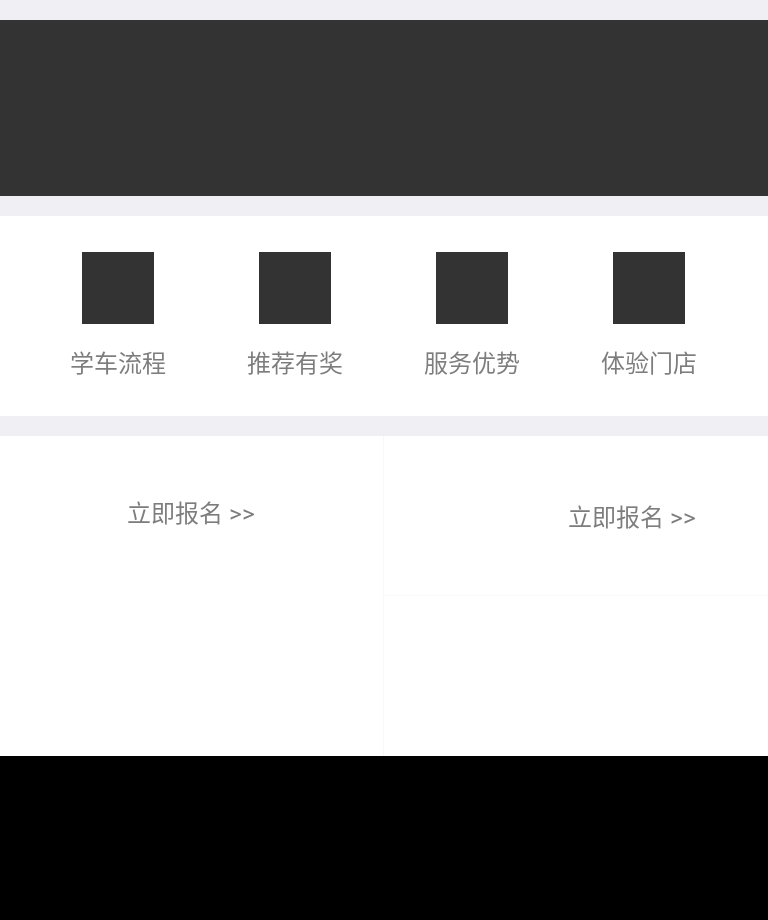
Repository: BugBang/paipaixueche
Layout: DGJP/res/layout/act_home_pager.xml
These files come from the project's save history. The layout is drawn as it stood at one moment and after the next save; the edit follows.
The pictures show rows 360 to 1280 of an output 1280 px tall.
It is drawn on a 768 x 1280 px phone screen (xhdpi) without system bars, with theme android:Theme; the app's code is not run.

Above is the layout before, as saved 2016-11-11 08:55:21.

### DGJP/res/layout/act_home_pager.xml
<?xml version="1.0" encoding="utf-8"?>
<ScrollView
     android:layout_width="match_parent"
   xmlns:android="http://schemas.android.com/apk/res/android"
    xmlns:app="http://schemas.android.com/apk/res-auto"
    android:layout_height="match_parent"
    >
<LinearLayout

    android:layout_width="match_parent"
    android:background="@color/gray_bg"
    android:layout_height="match_parent"
    android:orientation="vertical" >
    <RelativeLayout
        android:layout_width="match_parent"
	    android:layout_height="180dp">
       <!-- -->  <com.session.dgjp.view.CarouselView
	        android:id="@+id/top_ad_view"
	        android:layout_width="match_parent"
		    android:layout_height="180dp"
        />
        <RelativeLayout
            android:background="@android:color/transparent"
            android:orientation="horizontal"
            android:layout_width="match_parent"
            android:layout_height="@dimen/view_48"
            >
            <TextView
                android:id="@+id/tv_local"
                android:textColor="@color/white"
                android:layout_centerVertical="true"
                android:layout_marginLeft="@dimen/view_20"
                android:layout_width="wrap_content"
                android:layout_height="wrap_content"
                android:textSize="@dimen/text_medium_xx"
                android:text="@string/home_tv_local"
                />
            <TextView
                android:textColor="@color/white"
                android:layout_centerInParent="true"
                android:layout_width="wrap_content"
                android:layout_height="wrap_content"
                android:textSize="@dimen/text_title"
                android:text="@string/home_tv_title"
                />
            <TextView
                android:id="@+id/tv_call"
                android:textColor="@color/white"
                android:layout_centerVertical="true"
                android:layout_alignParentRight="true"
                android:layout_marginRight="@dimen/view_20"
                android:layout_width="wrap_content"
                android:layout_height="wrap_content"
                android:textSize="@dimen/text_medium_xx"
                android:text="@string/home_tv_call"
                />
        </RelativeLayout>
    </RelativeLayout>

    <ImageView
        android:layout_marginTop="@dimen/view_10"
        android:layout_width="match_parent"
        android:layout_height="@dimen/view_88"
        android:background="@color/black_333333"
        />

    <LinearLayout
        android:paddingLeft="@dimen/view_15"
        android:paddingRight="@dimen/view_15"
        android:orientation="horizontal"
        android:background="@color/white"
        android:layout_marginTop="@dimen/view_10"
        android:layout_width="match_parent"
        android:layout_height="@dimen/view_100"
        >
        <LinearLayout
            android:orientation="vertical"
            android:layout_width="0dp"
            android:layout_weight="1"
            android:gravity="center"
            android:layout_height="match_parent"
            >
            <ImageView
                android:layout_width="@dimen/view_36"
                android:layout_height="@dimen/view_36"
                android:background="@color/black_333333"
                />
            <TextView
                android:layout_marginTop="10dp"
                android:gravity="center"
                android:layout_width="match_parent"
                android:layout_height="wrap_content"
                android:text="学车流程"
                android:textSize="@dimen/text_medium_x"
                android:textColor="@color/text_gray_dark2"
                />

        </LinearLayout>
        <LinearLayout
            android:orientation="vertical"
            android:layout_width="0dp"
            android:layout_weight="1"
            android:gravity="center"
            android:layout_height="match_parent"
            >
            <ImageView
                android:layout_width="@dimen/view_36"
                android:layout_height="@dimen/view_36"
                android:background="@color/black_333333"
                />
            <TextView
                android:layout_marginTop="10dp"
                android:gravity="center"
                android:layout_width="match_parent"
                android:layout_height="wrap_content"
                android:text="推荐有奖"
                android:textSize="@dimen/text_medium_x"
                android:textColor="@color/text_gray_dark2"
                />
        </LinearLayout>
        <LinearLayout
            android:orientation="vertical"
            android:layout_width="0dp"
            android:layout_weight="1"
            android:gravity="center"
            android:layout_height="match_parent"
            >
            <ImageView
                android:layout_width="@dimen/view_36"
                android:layout_height="@dimen/view_36"
                android:background="@color/black_333333"
                />
            <TextView
                android:layout_marginTop="10dp"
                android:gravity="center"
                android:layout_width="match_parent"
                android:layout_height="wrap_content"
                android:text="服务优势"
                android:textSize="@dimen/text_medium_x"
                android:textColor="@color/text_gray_dark2"
                />

        </LinearLayout>
        <LinearLayout
            android:orientation="vertical"
            android:layout_width="0dp"
            android:gravity="center"
            android:layout_weight="1"
            android:layout_height="match_parent"
            >
            <ImageView
                android:layout_width="@dimen/view_36"
                android:layout_height="@dimen/view_36"
                android:background="@color/black_333333"
                />
            <TextView
                android:layout_marginTop="10dp"
                android:gravity="center"
                android:layout_width="match_parent"
                android:layout_height="wrap_content"
                android:text="体验门店"
                android:textSize="@dimen/text_medium_x"
                android:textColor="@color/text_gray_dark2"
                />
        </LinearLayout>


    </LinearLayout>

    <LinearLayout
        android:layout_marginTop="10dp"
        android:layout_width="match_parent"
        android:layout_height="160dp"
        android:orientation="horizontal"
        android:background="@color/white"
        >
        <LinearLayout
            android:gravity="center"
            android:layout_width="0dp"
            android:orientation="vertical"
            android:layout_weight="1"
            android:layout_height="match_parent"
            >
            <TextView
                android:layout_width="wrap_content"
                android:layout_height="wrap_content"
                android:text="立即报名 >>"
                android:textSize="@dimen/text_medium_x"
                android:textColor="@color/text_gray_dark2"
                />
            <ImageView
                android:layout_marginTop="10dp"
                android:layout_width="@dimen/view_74"
                android:layout_height="@dimen/view_74"
                />
        </LinearLayout>
        <View
            android:layout_height="match_parent"
            android:layout_width="0.5dp"
            android:background="@color/gray_F8F8F8"
            />

         <LinearLayout
             android:gravity="center"
            android:layout_width="0dp"
            android:orientation="vertical"
            android:layout_weight="1"
            android:layout_height="match_parent"
            >
            <LinearLayout
                android:orientation="horizontal"
                android:layout_width="match_parent"
                android:layout_height="0dp"
                android:layout_weight="1"
                android:gravity="center"
                >
                <ImageView
                    android:layout_width="@dimen/view_36"
                	android:layout_height="@dimen/view_40"
                    />
                <TextView
                    android:layout_marginLeft="20dp"
	                android:layout_width="wrap_content"
	                android:layout_height="wrap_content"
	                android:text="立即报名 >>"
	                android:textSize="@dimen/text_medium_x"
	                android:textColor="@color/text_gray_dark2"
                />

            </LinearLayout>
            <View
	            android:layout_height="0.5dp"
	            android:layout_width="match_parent"
	            android:background="@color/gray_F8F8F8"
            />
            <LinearLayout
                android:orientation="horizontal"
                android:layout_width="match_parent"
                android:layout_height="0dp"
                android:layout_weight="1"
                >


            </LinearLayout>

        </LinearLayout>

    </LinearLayout>

</LinearLayout>
</ScrollView>

### DGJP/res/values/colors.xml
<?xml version="1.0" encoding="utf-8"?>
<resources>

    <color name="common_background">#EBEBEB</color>
    <color name="common_background_transparent">#AAEBEBEB</color>
    <color name="dialog_background">#EEEEEE</color>
    <color name="text_title">#555555</color>
    <color name="divider">#D2D2D2</color>
    <color name="blue">#1990DE</color>
    <color name="blue_00BFF3">#00BFF3</color>
    <color name="red">#FF3000</color>
    <color name="red_FF0808">#FF0808</color>
    <color name="red_pressed">#DD2222</color>
    <color name="pure_red">#FF0000</color>
    <color name="gray">#B8B8B8</color>
    <color name="blue_press">#0F7CC4</color>
    <color name="stroke_blue">#1990DE</color>
    <color name="white">#FFFFFF</color>
    <color name="bg_message_time">#F4F4F4</color>
    <color name="green_00A00B">#00A00B</color>
    <color name="gray_666666">#666666</color>
    <color name="gray_999999">#999999</color>
    <color name="gray_A8A8A8">#A8A8A8</color>
    <color name="gray_ADADAD">#ADADAD</color>
    <color name="gray_9B9B9B">#9B9B9B</color>
    <color name="gray_EFEFEF">#EFEFEF</color>
    <color name="gray_F3F3F3">#F3F3F3</color>
    <color name="gray_A3A3A3">#A3A3A3</color>
    <color name="orange_FF7200">#FF7200</color>
    <color name="orange_E56701">#E56701</color>
    <color name="gray_D7D7D7">#D7D7D7</color>
    <color name="gray_D2D2D2">#D2D2D2</color>
    <color name="gray_EDEDED">#EDEDED</color>
    <color name="yellow_FEB53F">#FEB53F</color>
    <color name="blue_68DAFC">#68DAFC</color>
    <color name="black_333333">#333333</color>
    <color name="gray_888888">#888888</color>
    <color name="gray_F4F4F4">#F4F4F4</color>
    <color name="gray_F2F2F2">#F2F2F2</color>
    <color name="gray_EEEEEE">#EEEEEE</color>
    <color name="gray_989898">#989898</color>
    <color name="gray_CCCCCC">#CCCCCC</color>
    <color name="gray_FAFAFA">#FAFAFA</color>
    <color name="gray_F8F8F8">#F8F8F8</color>
    <color name="gray_bg">#efeff4</color>

    <!-- 字体颜色 -->
    <color name="text_blue">@color/blue</color>
    <color name="text_blue_press">@color/blue_press</color>
    <color name="text_gray">#919191</color>
    <color name="text_white">@color/white</color>
    <color name="text_orange">#FF7200</color>
    <color name="text_hint">#B8B8B8</color>
    <color name="text_msg">#707070</color>
    <color name="text_black">#333333</color>
    <color name="text_gray_dark">#888888</color>
    <color name="text_gray_dark2">#7d7d7d</color>
    <color name="text_about_version">#9E9E9E</color>
    <color name="text_about_declare">#AAAAAA</color>
    <color name="text_id_blue">#0E6CEC</color>
    <color name="radio_text_normal">#606060</color>
    <color name="red_FC7D0D">#FC7D0D</color>

    <!-- 扫描二维码 -->
    <color name="result_view">#b0000000</color>
    <color name="viewfinder_mask">#60000000</color>
    <color name="possible_result_points">#00000000</color>

</resources>

### DGJP/res/values/dimens.xml
<?xml version="1.0" encoding="utf-8"?>
<resources>
    <!-- 界面 -->
    <dimen name="title_height">49dp</dimen>
    <dimen name="divider">1px</dimen>
    <dimen name="divider_minus">-1px</dimen>
    <dimen name="stroke">@dimen/view_1</dimen>
    <dimen name="btn_corner">3dp</dimen>
    <dimen name="dialog_corner">5dp</dimen>
    <dimen name="stroke_null">-1dp</dimen>
    <dimen name="msg_ring">18dp</dimen>
    <dimen name="about_logo">56dp</dimen>

    <!-- 常量 -->
    <dimen name="view_minus_1">-1dp</dimen>
    <dimen name="view_0">0dp</dimen>
    <dimen name="view_1">1dp</dimen>
    <dimen name="view_2">2dp</dimen>
    <dimen name="view_2_5">2.5dp</dimen>
    <dimen name="view_3">3dp</dimen>
    <dimen name="view_3_5">3.5dp</dimen>
    <dimen name="view_4">4dp</dimen>
    <dimen name="view_5">5dp</dimen>
    <dimen name="view_6">6dp</dimen>
    <dimen name="view_6_5">6.5dp</dimen>
    <dimen name="view_7">7dp</dimen>
    <dimen name="view_7_5">7.5dp</dimen>
    <dimen name="view_8">8dp</dimen>
    <dimen name="view_9">9dp</dimen>
    <dimen name="view_10">10dp</dimen>
    <dimen name="view_11">11dp</dimen>
    <dimen name="view_12">12dp</dimen>
    <dimen name="view_13">13dp</dimen>
    <dimen name="view_14">14dp</dimen>
    <dimen name="view_15">15dp</dimen>
    <dimen name="view_16">16dp</dimen>
    <dimen name="view_17">17dp</dimen>
    <dimen name="view_18">18dp</dimen>
    <dimen name="view_19">19dp</dimen>
    <dimen name="view_20">20dp</dimen>
    <dimen name="view_21">21dp</dimen>
    <dimen name="view_22">22dp</dimen>
    <dimen name="view_23">23dp</dimen>
    <dimen name="view_25">25dp</dimen>
    <dimen name="view_24">24dp</dimen>
    <dimen name="view_26">26dp</dimen>
    <dimen name="view_27">27dp</dimen>
    <dimen name="view_29">29dp</dimen>
    <dimen name="view_30">30dp</dimen>
    <dimen name="view_31">31dp</dimen>
    <dimen name="view_32">32dp</dimen>
    <dimen name="view_33">33dp</dimen>
    <dimen name="view_34">34dp</dimen>
    <dimen name="view_35">35dp</dimen>
    <dimen name="view_36">36dp</dimen>
    <dimen name="view_39">39dp</dimen>
    <dimen name="view_40">40dp</dimen>
    <dimen name="view_42">42dp</dimen>
    <dimen name="view_44">44dp</dimen>
    <dimen name="view_48">48dp</dimen>
    <dimen name="view_49">49dp</dimen>
    <dimen name="view_50">50dp</dimen>
    <dimen name="view_60">60dp</dimen>
    <dimen name="view_65">65dp</dimen>
    <dimen name="view_68">68dp</dimen>
    <dimen name="view_74">74dp</dimen>
    <dimen name="view_80">80dp</dimen>
    <dimen name="view_88">88dp</dimen>
    <dimen name="view_100">100dp</dimen>
    <dimen name="view_136">136dp</dimen>
    <dimen name="view_150">150dp</dimen>
    <dimen name="view_170">170dp</dimen>
    <dimen name="view_180">180dp</dimen>
    <dimen name="view_234">234dp</dimen>
    <dimen name="view_260">260dp</dimen>

    <!-- 引用常量的配置 -->
    <dimen name="login_logo_padding">@dimen/view_30</dimen>
    <dimen name="et_right">@dimen/view_0</dimen>
    <dimen name="et_corner">@dimen/view_1</dimen>
    <dimen name="pager_paddding">8.5dp</dimen>
    <dimen name="et_login_height">@dimen/view_50</dimen>
    <dimen name="et_paddding">@dimen/view_15</dimen>
    <dimen name="et_drawable_paddding">@dimen/view_5</dimen>
    <dimen name="btn_small">@dimen/view_30</dimen>
    <dimen name="btn_medium">36.5dp</dimen>
    <dimen name="login_et_margin_top">@dimen/view_30</dimen>
    <dimen name="about_menu_height">@dimen/view_50</dimen>
    <dimen name="about_person_info_height">@dimen/view_30</dimen>

    <!-- 字体 -->
    <!-- <dimen name="text_small">13sp</dimen>
    <dimen name="text_small_x">14sp</dimen> -->
    <dimen name="text_small">9sp</dimen>
    <dimen name="text_9_5">9.5sp</dimen>
    <dimen name="text_small_x">10sp</dimen>
    <dimen name="text_medium">11sp</dimen>
    <dimen name="text_medium_x">12sp</dimen>
    <dimen name="text_12_5">12.5sp</dimen>
    <dimen name="text_medium_xx">13sp</dimen>
    <dimen name="text_medium_xxx">14sp</dimen>
    <dimen name="text_large">15sp</dimen>
    <dimen name="text_title">16sp</dimen>
    <dimen name="text_btn">18sp</dimen>
    <dimen name="password_text">15sp</dimen>
</resources>

### DGJP/res/values/strings.xml
<?xml version="1.0" encoding="utf-8"?>
<resources>

    <!-- 通用 -->
    <string name="colon">：</string>
    <string name="confirm">确定</string>
    <string name="cancel">取消</string>
    <string name="default_error_msg">应用异常，请稍后重试</string>
    <string name="query_datas_fail">查询数据失败，请稍后重试</string>
    <string name="no_data">无记录</string>
    <string name="unknown">未知</string>
    <string name="querying">正在查询</string>
    <string name="submitting_request">正在提交请求</string>
    <string name="submit_fail">请求失败</string>
    <string name="operation_success">操作成功</string>
    <string name="back">返回</string>
    <string name="hint">提示</string>

    <!-- 密码 -->
    <string name="set_password_hint">请设置您的支付密码以便后续操作</string>
    <string name="set_password">设置支付密码</string>
    <string name="modify_password">修改支付密码</string>
    <string name="old_password">原密码</string>
    <string name="new_password">新密码</string>
    <string name="new_password_again">确认新密码</string>
    <string name="hint_old">请输入原密码</string>
    <string name="hint_new">请输入6位数字的新密码</string>
    <string name="hint_new_again">请再次输入新密码</string>
    <string name="id_card">身份证号码</string>
    <string name="id_card_hint">请输入身份证号码</string>
    <string name="verify_code">验证码</string>
    <string name="save">保存</string>

    <!-- 预约时间选择 -->
    <string name="select_date">选择日期</string>
    <string name="select_period">选择时段</string>
    <string name="app_name">拍拍学车</string>
    <string name="version_name">1.0.7</string>

    <!-- 扫描二维码 -->
    <string name="scan">扫描二维码</string>
    <string name="scan_text">将二维码放入框内，即可自动扫描</string>
    <string name="scan_result_abnormal">扫描结果异常</string>

    <!-- 登录 -->
    <string name="hint_input_phone">请输入手机号码</string>
    <string name="hint_input_captcha">请输入验证码</string>
    <string name="get_captcha">获取验证码</string>
    <string name="login">登录</string>
    <string name="register">注册</string>
    <string name="toast_input_phone">请输入手机号码</string>
    <string name="toast_input_right_phone">请输入正确的手机号码</string>
    <string name="toast_get_captcha">请先获取验证码</string>
    <string name="toast_input_captcha">请输入验证码</string>
    <string name="toast_input_right_captcha">请输入正确的验证码</string>

    <!-- 注册 -->
    <string name="name">请输入姓名</string>
    <string name="id_num">请输入身份证号码</string>
    <string name="region">请选择所在地区</string>
    <string name="branch_sch">请选择报名分校</string>

    <!-- 个人中心 -->
    <string name="logout">退出登录</string>
    <string name="about">关于</string>
    <string name="personal_center">个人中心</string>
    <string name="modify_pay_pwd">修改支付密码</string>
    <string name="reset_pay_pwd">重置支付密码</string>
    <string name="my_wallet">我的钱包</string>
    <string name="my_coupon">我的优惠券</string>
    <string name="personal_info">个人资料</string>
    <string name="version_update">版本更新</string>
    <string name="declare">声明：</string>
    <string name="id">身份证号码：</string>
    <string name="address">住址：</string>
    <string name="school_registration">报名分校：</string>
    <string name="time_registration">报名时间：</string>
    <string name="contact_phone">联系电话：</string>
    <string name="balance">当前余额：</string>
    <string name="balance2">余额：</string>
    <string name="yuan">元</string>
    <string name="rmb">￥</string>
    <string name="unusable_coupon">查看不可用券</string>

    <!-- 主页 -->
    <!-- 预约教练 -->
    <string name="order_times">预约次数</string>
    <string name="order">单</string>
    <string name="book">预约</string>
    <string name="search_by_trainer_name">按教练姓名查询</string>
    <string name="search_school_yard">搜索培训分校场地</string>
    <string name="service_phone">服务电话</string>
    <string name="phone">电话</string>
    <string name="_address">地址</string>
    <string name="vicinity">附近</string>
    <string name="school_no_trainer">该分校没有可预约教练</string>
    <string name="your_apply_school">您的报名分校</string>
    <string name="your_last_school">您上一次培训场地</string>
    <string name="my_location">我的位置</string>

    <!-- 地图 -->
    <string name="school_no_location">该分校没有提供位置信息</string>

    <!-- 我的预约 -->
    <string name="my_order">我的预约</string>
    <string name="training_record">培训记录</string>
    <string name="waiting_confirm">待确认</string>
    <string name="confirmed">已确认</string>
    <string name="in_training">培训中</string>
    <string name="cancel_order">取消订单</string>
    <string name="start_sign_in">开始签到</string>
    <string name="end_sign_in">结束签到</string>
    <string name="training_course">培训课程</string>
    <string name="order_time">预约时间</string>
    <string name="order_trainer">预约教练</string>
    <string name="order_status">订单状态</string>
    <string name="course">课程</string>
    <string name="time">时间</string>
    <string name="trainer">教练</string>
    <string name="status">状态</string>
    <string name="confirm_order">确认订单</string>
    <string name="pay">支付</string>
    <string name="operate_fail_update_app">操作失败，请更新应用</string>

    <!-- 历史订单 -->
    <string name="history_order">历史订单</string>
    <string name="finished">完成</string>
    <string name="evaled">查看评价</string>
    <string name="_eval">评价</string>
    <string name="training_car">培训车辆</string>

    <!-- 预约学车 -->
    <string name="period">学时</string>
    <string name="training_period">培训学时</string>
    <string name="training_address">培训地址</string>
    <string name="submit_order">提交订单</string>
    <string name="booking_driving_training">预约学车</string>
    <string name="car">车辆</string>
    <string name="select_car">选择车辆</string>
    <string name="get_cars_fail">获取车辆信息失败</string>
    <string name="fee">费用</string>
    <string name="training_fee">培训费用</string>
    <string name="actual_payment">实际支付</string>
    <string name="please_select_car">请选择车辆</string>
    <string name="please_select_period">请选择时段</string>
    <string name="period_must_be_consecutive">必须选择连续的预约时段</string>
    <string name="trainer_no_order">该教练暂无可预约时段</string>
    <string name="course_no_order">该科目未来7天内没有培训计划</string>
    <string name="_trainer_name">教练姓名</string>
    <string name="belong_school">所属分校</string>
    <string name="branch_school">分校</string>
    <string name="order_detail">订单详情</string>
    <string name="canceling_order">正在取消订单</string>
    <string name="cancel_fail">取消失败</string>

    <!-- 支付 -->
    <string name="order_payment">订单支付</string>
    <string name="pay_password">支付密码</string>
    <string name="please_input_pay_password">请输入支付密码。</string>
    <string name="payment_verification">支付验证</string>
    <string name="unselect_coupon">不使用优惠券</string>
    <string name="settlement_amount">结算金额</string>
    <string name="original_price">原价</string>
    <string name="_original_price">原&#8195;价</string>
    <string name="preferential_price">活动价</string>
    <string name="preferential_amount">已优惠</string>
    <string name="pay_type">支付方式</string>
    <string name="we_chat">微信</string>
    <string name="alipay">支付宝</string>
    <string name="query_pay_type_fail">查询支付方式失败</string>
    <string name="please_select_pay_type">请选择支付方式</string>
    <string name="paying">正在支付</string>
    <string name="pay_fail">支付失败</string>
    <string name="confirm_payment">确认支付</string>
    <string name="pay_fee">支付费用</string>
    <string name="remaining_time">剩余时间</string>
    <string name="please_select_yue">结算金额为0.00元，请使用余额支付。</string>
    <string name="balance_insufficient">余额不足</string>

    <!-- 我的消息 -->
    <string name="my_message">我的消息</string>
    <string name="get_message_fail">获取消息失败</string>
    <string name="delete_message_fail">删除消息失败</string>
    <string name="delete_record_or_not">是否删除该记录？</string>

    <string-array name="message_operations">
        <item>删除</item>
    </string-array>

    <!-- 培训点评 -->
    <string name="training_evaluation">培训点评</string>
    <string name="evaluation_detail">评价详情</string>
    <string name="training_complete">培训完成</string>
    <string name="anonymous_evaluation">匿名评价</string>
    <string name="duration">时长</string>
    <string name="submit_anonymous_evaluation">提交匿名评价</string>
    <string name="select_label">选择标签</string>
    <string name="suggestion_and_complaint_hint">其它建议和投诉（内容匿名，学员放心填写）</string>
    <string name="get_labels_fail">获取标签列表失败</string>
    <string name="submit_evaluation_or_not">是否提交评价？</string>

    <!-- 首页底部栏 -->
    <string name="bottom_home">首页</string>
    <string name="bottom_drive">练车</string>
    <string name="person_center">我</string>

     <!-- 首页顶部栏 -->
    <string name="home_tv_local">深圳</string>
    <string name="home_tv_title">拍拍学车</string>
    <string name="home_tv_call">客服</string>


</resources>

After the next save:
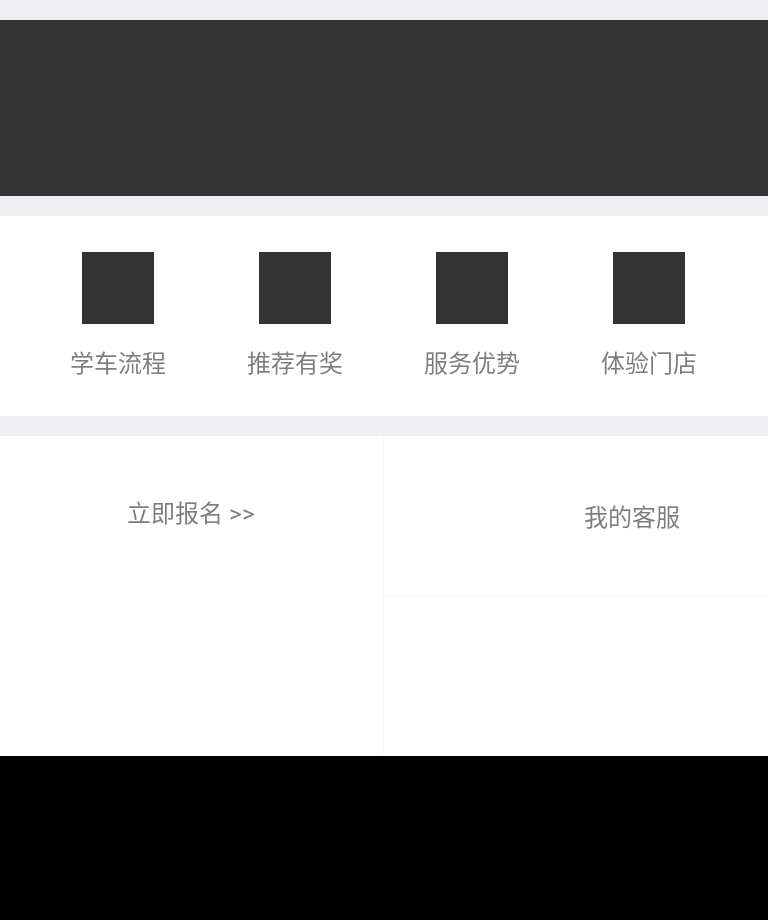
Saved 20 s later.
--- a/DGJP/res/layout/act_home_pager.xml
+++ b/DGJP/res/layout/act_home_pager.xml
@@ -222,7 +222,7 @@
                     android:layout_marginLeft="20dp"
 	                android:layout_width="wrap_content"
 	                android:layout_height="wrap_content"
-	                android:text="立即报名 >>"
+	                android:text="我的客服"
 	                android:textSize="@dimen/text_medium_x"
 	                android:textColor="@color/text_gray_dark2"
                 />
